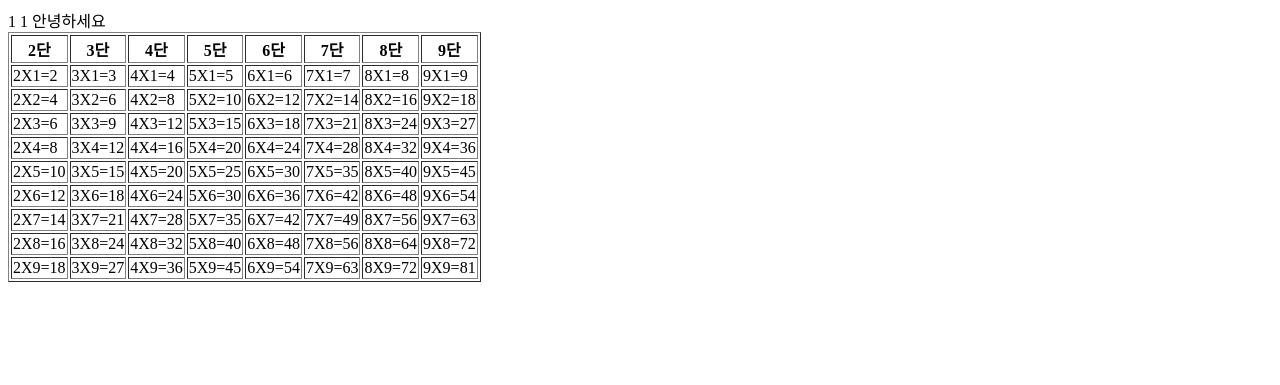
Repository: Luho0113/SpringBootStudy
Page: http://localhost/web/
An editor plug-in stored every save of this project. The page is shown before and after the next save, followed by the edit.
The browser window is 1280 px wide. The pictures show the whole page.
The page is served by Tomcat 9. Other server files are loaded and not shown.

Above is the page before, as saved 2023-05-03 02:29:07.

### web/src/main/webapp/index.jsp
<%@ page language="java" contentType="text/html; charset=UTF-8"
    pageEncoding="UTF-8"%>
<%
String str = "1";
out.println(str);
%>
<%=str%>
<!DOCTYPE html>
<html>
<head>
<meta charset="UTF-8">
<title>Insert title here</title>
</head>
<body>
안녕하세요


	<table border="1">
		<tr>
				<%

				for (int i = 2; i < 10; i++) {
					out.println("<th>");
					out.println(i + "단");
					out.println("</th>");
				}
				%>
		</tr>
		<%
		for (int i = 1; i < 10; i++) {
			out.println("<tr>");
			for (int j = 2; j < 10; j++) {

				out.println("<td>" + j + "X" + i + "=" + i * j + "</td>");

			}
			out.println("</tr>");
		}
		%>
	</table>
</body>
</html>

After the next save:
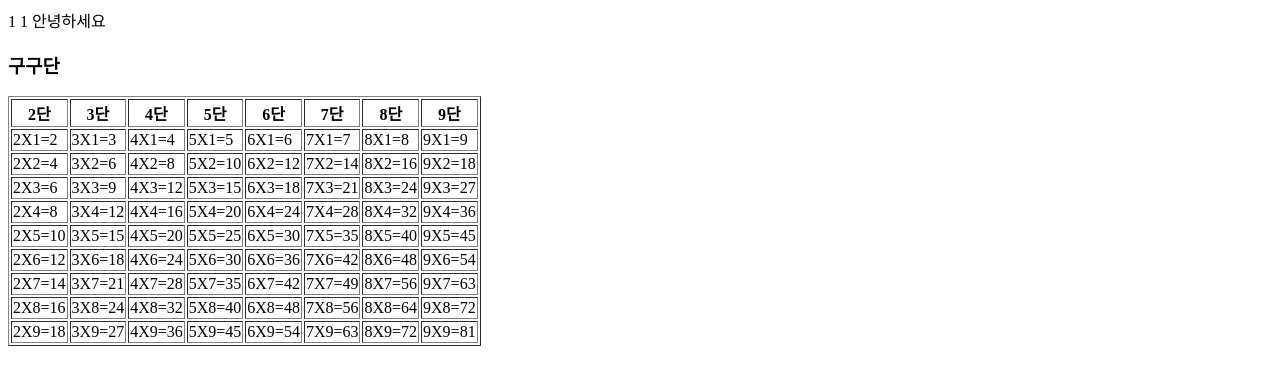
Saved 64 s later.
--- a/web/src/main/webapp/index.jsp
+++ b/web/src/main/webapp/index.jsp
@@ -14,7 +14,9 @@
 <body>
 안녕하세요
 
-
+<%
+out.println("<h3>" + "구구단" + "</h3>");
+%>
 	<table border="1">
 		<tr>
 				<%
@@ -32,7 +34,6 @@
 			for (int j = 2; j < 10; j++) {
 
 				out.println("<td>" + j + "X" + i + "=" + i * j + "</td>");
-
 			}
 			out.println("</tr>");
 		}
